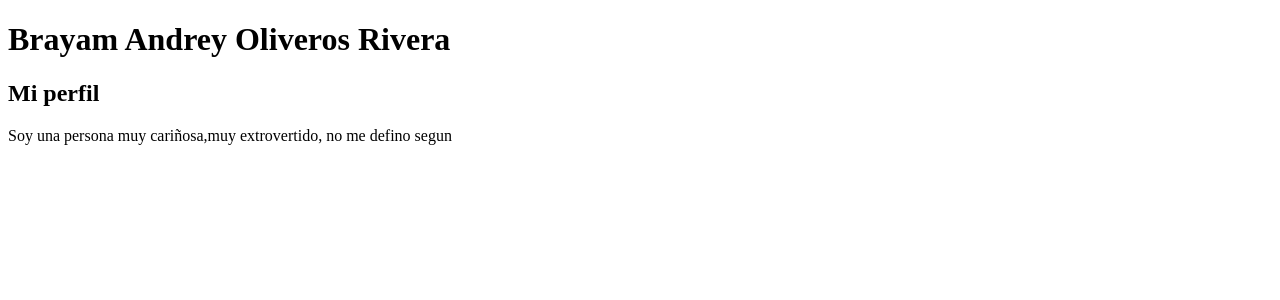
Repository: AndreyRi13/clasesweb
Page: index.html
The author's editor kept a copy of each file at every save. The page is drawn from the files as they stood at one save, then again after the next save.
The browser window is 1280 px wide. The pictures show the whole page.

Above is the page before, as saved 2020-09-17 07:21:03.

### index.html
<!DOCTYPE html>
<html lang="en">
<head>
    <meta charset="UTF-8">
    <meta name="viewport" content="width=device-width, initial-scale=1.0">

    <title>Mi primera pagina</title>
</head>
<body>
<h1>Brayam Andrey Oliveros Rivera</h1>

  <h2>Mi perfil</h2>

  <p>Soy una persona muy cariñosa,muy extrovertido, no me defino segun </p>

</body>
</html>

After the next save:
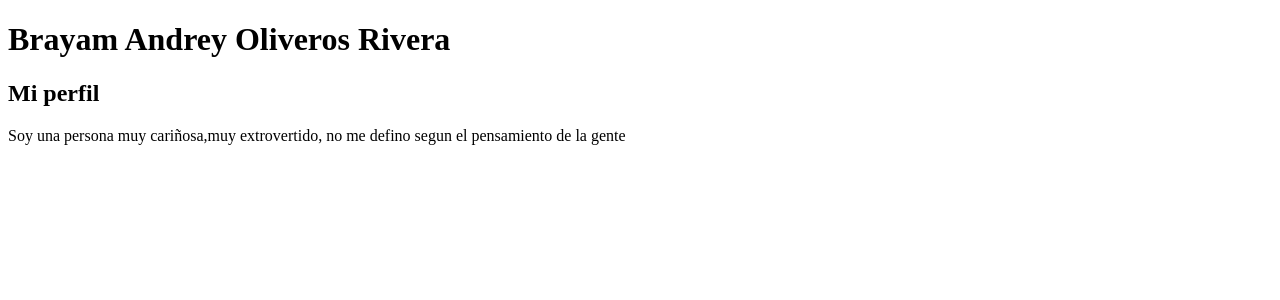
Saved 6 s later.
--- a/index.html
+++ b/index.html
@@ -11,7 +11,7 @@
 
   <h2>Mi perfil</h2>
 
-  <p>Soy una persona muy cariñosa,muy extrovertido, no me defino segun </p>
+  <p>Soy una persona muy cariñosa,muy extrovertido, no me defino segun el pensamiento de la gente </p>
 
 </body>
 </html>
